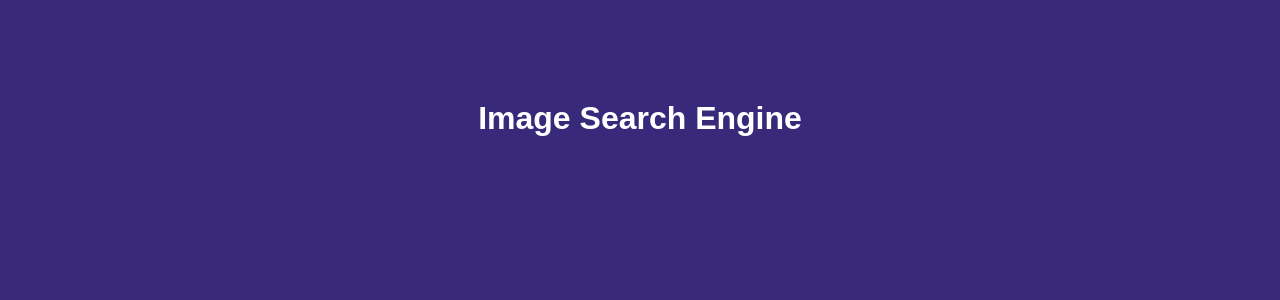
Repository: AbdullahOwais-Dev/Image-Search-App
Page: index.html
The author's editor kept a copy of each file at every save. The page is drawn from the files as they stood at one save, then again after a run of saves.
The browser window is 1280 px wide. The pictures show the whole page.

Above is the page before, as saved 2025-02-09 00:13:09.

After the next 2 saves:
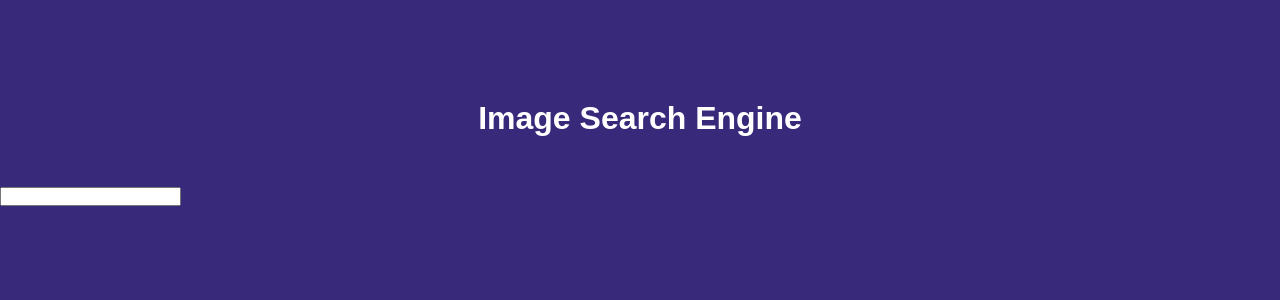
The 2 saves are shown as one change because they came seconds apart.
The last was saved 6 s later.
--- a/index.html
+++ b/index.html
@@ -10,7 +10,9 @@
 <body>
 
     <h1>Image Search Engine</h1>
-    <form id="search-form"></form>
+    <form id="search-form">
+        <input type="text">
+    </form>
 
 </body>
 </html>
